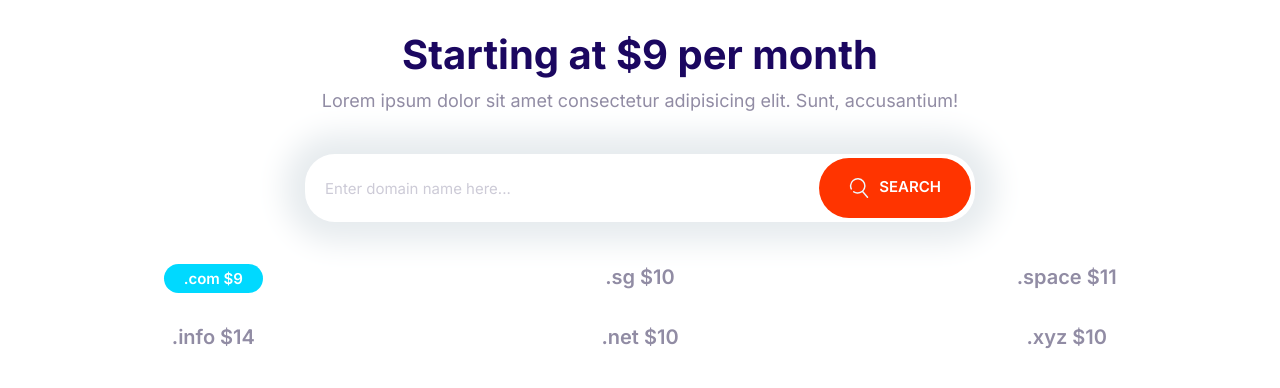
Repository: CJYen/moshify
Page: playground.html
These files come from the project's save history. The page is drawn as it stood at one moment and after the next save; the edit follows.
The browser window is 1280 px wide. The pictures show the whole page.

Above is the page before, as saved 2021-03-17 12:04:13.

### playground.html
<!DOCTYPE html>
<html lang="en">
  <head>
    <meta charset="UTF-8" />
    <meta http-equiv="X-UA-Compatible" content="IE=edge" />
    <meta name="viewport" content="width=device-width, initial-scale=1.0" />
    <title>Document</title>
    <link rel="preconnect" href="https://fonts.gstatic.com" />
    <link
      href="https://fonts.googleapis.com/css2?family=Inter:wght@400;600;700&display=swap"
      rel="stylesheet"
    />
    <link rel="stylesheet" href="css/normalize.css" />
    <link rel="stylesheet" href="css/styles.css" />
  </head>
  <body>
    <section class="domain block-domain">
      <header class="block__header">
        <h2>Starting at $9 per month</h2>
        <p>
          Lorem ipsum dolor sit amet consectetur adipisicing elit. Sunt,
          accusantium!
        </p>
        <div class="input-group box">
          <input
            type="text"
            class="input"
            placeholder="Enter domain name here..."
          />
          <button class="btn btn--accent">
            <svg class="icon icon--white">
              <use xlink:href="images/sprite.svg#search"></use></svg
            >Search
          </button>
        </div>
        <ul class="list block-domain__prices">
          <li>
            <span class="badge badge--secondary">.com $9 </span>
          </li>
          <li>.sg $10</li>
          <li>.space $11</li>
          <li>.info $14</li>
          <li>.net $10</li>
          <li>.xyz $10</li>
        </ul>
      </header>
    </section>
  </body>
</html>

### css/styles.css
/* Typography */
::selection {
    background: var(--color-primary);
    color: #fff;
}
:root {
    --color-primary: #2584ff;
    --color-secondary: #00d9ff;
    --color-accent: #ff3400;
    --color-headings: #1b0760;
    --color-body: #918ca4;
    --color-body-darker: #5c5577;
    --color-border: #ccc;
    --border-radius: 30px;
}
*, *::after, *::before {
    box-sizing: border-box;
}

html {
    font-size: 62.5%;
}

body {
    font-family: Inter, Arial, Helvetica, sans-serif;
    font-size: 2.4rem;
    line-height: 1.5;
    color: var(--color-body);
}
h1, h2, h3 {
    color: var(--color-headings);
    margin-bottom: 1rem;
    line-height: 1.1;
}
h1 {
    font-size: 7rem;
}
h2 {
    font-size: 4rem;
}
h3 {
    font-size: 3rem;
    font-weight: 500;
}
p {
    margin-top: 0;
}

@media screen and (min-width: 1024px){
    body{
        font-size: 1.8rem;
    }
    h1{
        font-size: 8rem;
    }
    h2{
        font-size: 4rem;
    }
    h3{
        font-size: 2.4rem;
    }
}

/* links */
a {
    text-decoration: none;
}

.link-arrow {
    color: var(--color-accent);
    text-transform: uppercase;
    font-size: 2rem;
    font-weight: bold;
}

.link-arrow::after {
    content:"-->";
    margin-left: 5px;
    transition: margin 0.15s;
}

.link-arrow:hover::after {
    margin-left: 10px;
}

@media screen and (min-width: 1024px){
    .link-arrow {
        font-size: 1.5rem;
    }
}

/* badge */
.badge {
    border-radius: 20px;
    font-size: 2rem;
    font-weight: 600;
    padding: 0.5rem 2rem;
    white-space: nowrap;
}
.badge--primary {
    background: var(--color-primary);
    color: white;
}
.badge--secondary {
    background: var(--color-secondary);
    color: white;
}
.badge--small {
    font-size: 1.6rem;
    padding: 0.5rem 1.5rem;
}

@media screen and (min-width: 1024px) {
    .badge {
        font-size: 1.5rem;
    }
    .badge--small {
        font-size: 1.2rem;
    }
}

/* list */
.list {
    list-style: none;
    padding-left: 0;

}
.list--inline .list__item {
    display: inline-block;
    margin-right: 2rem;
}
.list--tick {
    list-style-image: url(../images/tick.svg);
    padding-left: 3rem;
    color: var(--color-headings);
}
.list--tick .list__item {
    padding-left: 0.5rem;
    margin-bottom: 1rem;
}

@media screen and (min-width: 1024px) {
    .list--tick .list__item {
        padding-left: 0;
    }
}

/* icon */
.icon {
    width: 40px;
    height: 40px;
}
.icon--small {
    width: 30px;
    height: 30px;
}
.icon--primary {
    fill: var(--color-primary);
}
.icon--white {
    fill: white;
}
.icon-container {
    background: #f3f9fa;
    width: 64px;
    height: 64px;
    border-radius: 100%;
    display: inline-flex;
    justify-content: center;
    align-items: center;
}
.icon-container--accent {
    background: var(--color-accent);
}

/* button */
.btn {
    border-radius: 40px;
    border: 0;
    cursor: pointer;
    font-size: 1.8rem;
    font-weight: 600;
    margin: 1rem 0;
    /* outline: 0; */
    padding: 2rem 3rem;
    text-align: center;
    text-transform: uppercase;
    white-space: nowrap;
}
.btn .icon {
    width: 2rem;
    height: 2rem;
    margin-right: 1rem;
    vertical-align: middle;
}
.btn--primary {
    background: var(--color-primary);
    color: #fff;
}
.btn--primary:hover {
    background: #3a8ffd;
}

.btn--secondary {
    background: var(--color-secondary);
    color: #fff;
}
.btn--secondary:hover {
    background: #00c8eb;
}
.btn--accent {
    background: var(--color-accent);
    color: #fff;
}
.btn--accent:hover {
    background: #ec3000;
}
.btn--outline {
    background: #fff;
    color: var(--color-headings);
    border: 2px solid var(--color-headings);
}
.btn--stretched {
    padding-left: 6rem;
    padding-right: 6rem;
}
.btn--block {
    width: 100%;
    display: inline-block;
}
@media screen and (min-width: 1024px) {
    .btn {
        font-size: 1.5rem;
    }
}

input
.input {
    border-radius: var(--border-radius);
    border: 1px solid var(--color-border);
    color: var(--color-headings);
    font-size: 2rem;
    outline: 0;
    padding: 1.5rem 3.5rem;
}
::placeholder {
    color: #cdcbd7;
}
.input-group {
    border: 1px solid var(--color-border);
    border-radius: var(--border-radius);
    display: flex;
}
.input-group .input {
    background-color: transparent;
    border: 0;
    flex-grow: 1;
    outline: 0;
    padding: 2rem;
    width: 0;
}
.input-group .btn {
    margin: 4px;
}

@media screen and (min-width: 1024px) {
    .input {
        font-size: 1.5rem;
    }
}

/* Cards */
.card {
    border-radius: 7px;
    box-shadow: 0 0 20px 10px #f3f3f3;
    overflow: hidden;
}

.card__header,
.card__body {
    padding:  2rem 3rem;
}
.card--primary .card__header {
    background-color: var(--color-primary);
    color: #fff;
}
.card--secondary .card__header {
    background-color: var(--color-secondary);
    color: #fff;
}
.card--primary .badge--primary {
    background: #126de4;
}
.card--secondary .badge--secondary  {
    background: #02cdf1;
}

/* plan */
.plan {
    transition: transform .2s ease-out;
}
.plan__name {
    color: #fff;
    margin: 0;
    font-weight: 500;
    font-size: 2.4rem;
}
.plan__price {
    font-size: 6rem;
}
.plan__billing-cycle {
    font-size: 2.4rem;
    font-weight: 300;
    opacity: 0.8;
    margin-right: 1rem;
}
.plan__description  {
    font-size: 2rem;
    font-weight: 300;
    letter-spacing: 1px;
    display: block;
}
.plan .list__item   {
    margin: 2rem;
}
.plan--popular {
    transform: scale(1.1);
}
.plan--popular .card__header {
    position: relative;
}
.plan--popular .card__header::before {
    content: url(../images/popular.svg);
    width: 40px;
    display: inline-block;
    position: absolute;
    top: -6px;
    right: 5%;
}
.plan:hover {
    transform: scale(1.05);
}
.plan--popular:hover {
    transform: scale(1.15);
}

@media screen and (min-width: 1024px) {
    .plan__name {
        font-size: 1.4rem;
    }
    .plan__price {
        font-size: 5rem;
    }
    .plan__billing-cycle {
        font-size: 1.6rem;
    }
    .plan__description {
        font-size: 1.7rem;
    }
}

/* media  */
/* We will not modified the bg color for font size at this point
 since we don't know yet what if there is some other color option */
.media {
    display: flex;
    margin-bottom: 4rem;
}
.media__title {
    margin: 0;
}
.media__body {
    margin: 0 2rem;
}
.media__image {
    margin-top: 1rem;
}

/* quote */
.quote {
    font-size: 3rem;
    font-style: italic;
    color: var(--color-body-darker);
    line-height: 1.3;
}
.quote__text::before {
    content: open-quote;
}
.quote__text::after {
    content: close-quote;
}
.quote__author{
    font-size: 3rem;
    font-weight: 500;
    font-style: normal;
    margin-bottom: 0;
}
.quote__organization {
    color: var(--color-headings);
    opacity: 0.4;
    font-size: 2rem;
    font-style: normal;
}
.quote__line {
    position: relative;
    bottom: 10px;
}

@media screen and (min-width: 1024px) {
    .quote {
        font-size: 2rem;
    }
    .quote__author {
        font-size: 2.4rem;
    }
    .quote__organization {
        font-size: 1.6rem;
    }
}

/* Grid */
.grid {
    display: grid;
}

@media screen and (min-width: 768px) {
    .grid--1X2 {
        grid-template-columns: repeat(2, 1fr);
    }
}
@media screen and (min-width: 1024px) {
    .grid--1X3 {
        grid-template-columns: repeat(3, 1fr);
    }
}

/* Testimonials */
.testimonial {
    padding: 3rem;
}
.testimonial__image {
    position: relative;
    margin: 0 3rem;
  }
.testimonial__image > img {
    width: 100%;
}
.testimonial__image > .icon-container {
    position: absolute;
    top: 3rem;
    right: -32px;
}
@media screen and (min-width: 768px) {
    .testimonial__image {
        margin: 0;
      }

    .testimonial .quote,
    .testimonial .quote__author {
        font-size: 2.4rem;
    }
    .testimonial.quote {
        margin-left: 6rem;
        /* margin-right: 0; */
    }

}

/* Callouts */
.callout {
    padding: 4rem;
    border-radius: 5px;
}
.callout--primary {
    background: var(--color-primary);
    color: #fff;
}
.callout__heading {
    color: #fff;
    margin-top: 0;
    font-size: 3rem;
}
.callout .btn {
    justify-self: center;
    align-self: center;
}
.callout__content {
    text-align: center;
}

@media screen and (min-width: 768px) {
    .callout .grid--1X2 {
        grid-template-columns: 1fr auto;
    }
    .callout__content {
        text-align: left;
    }
    .callout .btn {
        justify-self: start;
        margin: 0 2rem;
    }
}

/* Collapsible */
.collapsible__header {
    display: flex;
    justify-content: space-between;
}

.collapsible__heading {
    margin: 0;
    font-size: 3rem;
}
.collapsible__chevron {
    transform: rotate(-90deg);
    transition: 0.3s;
}
.collapsible__content {
    max-height: 0;
    overflow: hidden;
    opacity: 0;
    transition: all 0.3s;
}
.collapsible--extended .collapsible__chevron {
    transform: rotate(0);
}
.collapsible--extended  .collapsible__content {
    max-height: 100vh;
    opacity: 1;
}

/* Blocks */
.block {
    --padding-vertical: 6rem;
    padding: var(--padding-vertical) 2rem;
}
.block__header {
    text-align: center;
    margin-bottom: 4rem;
}
.block__heading {
    margin-top: 0;
}
.block--dark {
    background: #000;
    color: #7b858b;
}
.block--dark h1,
.block--dark h2,
.block--dark h3 {
    color: #fff;
}
.block--skewed-right {
    padding-bottom: calc(var(--padding-vertical) + 4rem);
    clip-path: polygon(0 0, 100% 0, 100% 100%, 0 90%);
}
.block--skewed-left {
    padding-bottom: calc(var(--padding-vertical) + 4rem);
    clip-path: polygon(0 0, 100% 0, 100% 90%, 0 100%);
}
.container {
    max-width: 1140px;
    margin: 0 auto;
}

/* Navigation Bar */
.nav {
    background: #000;
    display: flex;
    justify-content: space-between;
    flex-wrap: wrap;
    padding: 0 1rem;
    align-items: center;
}
.nav__list {
    width: 100%;
    margin: 0;
}
.nav__item {
    padding: 0.5rem 2rem;
    border-bottom: 1px solid #222;
}
.nav__item > a {
    color: #d2d0db;
    transition: color 0.3s;
}
.nav__item > a:hover {
    color: #fff;
}
.nav__toggler {
    opacity: 0.5;
    transition: box-shadow 0.5s;
    cursor: pointer;
}

.nav.collapsible--extended .nav__toggler {
    opacity: 1;
    box-shadow: 0 0 0 3px #666;
    border-radius: 5px;
}
.nav__brand {
    transform: translateY(5px);
}

@media screen and (min-width: 768px) {
    .nav__toggler {
        display: none;
    }
    .nav__list {
        width: auto;
        display: flex;
        font-size: 1.6rem;
        max-height: 100%;
        opacity: 1;
    }
    .nav__item {
        border: 0;
    }
}

/* Hero */

.hero__tagline {
    font-size: 2rem;
    color: #b9c3cf;
    letter-spacing: 1px;
    margin: 2rem 0 5rem;
}
.hero__image {
    width: 100%;
}

@media screen and (min-width: 768px) {
    .hero {
        padding-top: 0;
    }
    .hero__content {
        text-align: left;
        align-self: center;
    }
}

/* Domain Block */
.block-domain .input-group {
    box-shadow: 0 0 30px 20px #e6ebee;
    border: 0;
    margin: 4rem auto;
    max-width: 670px;
}

.block-domain__prices {
    display: grid;
    grid-template-columns: repeat(3, 1fr);
    grid-template-rows: repeat(2, 6rem);
    font-size: 2rem;
    font-weight: 600;
    justify-items: center;
}
@media screen and (min-width: 768px) {
    .block-domain__prices {
        grid-template-columns: repeat(auto-fit, minimax(100px, 1fr));
    }
}

.plan__block {
    display: grid;
}

/* Plans Block */
.block-plans .grid {
    gap: 8rem 4rem;
}

.block-plans .card {
    max-width: 500px;
    margin: 0 auto;
}

/* Features */
.feature {
    gap: 4rem 2rem;
    margin: 12rem 0;
}
.feature:first-of-type {
    margin: 6rem;
}
.feature__heading {
    margin: 1rem 0;
}
.feature__image {
    width: 100%;
}

@media screen and (min-width: 768px) {
    .feature:nth-of-type(even) .feature__content {
        order: 2;
    }
}

/* Showcase Block */
.block-showcase__image >img {
    width: 100%;
}

@media screen and (min-width: 768px) {
    .block-showcase .grid {
        grid-template-columns: 50% 50%;
    }
    .block-showcase__image {
        justify-self: end;
    }
    .block-showcase__image > img {
        width: auto;
        max-width: 700px;
    }
}

/* Footer */
.footer {
    background: #232323;
}
.footer a {
    color: #777;
    transition: color 0.3s;
}
.footer a:hover {
    color: #fff;
}
.footer__section {
    padding: 2rem;
    border-bottom: 1px solid #393939;
}
.footer__section .list {
    margin: 0;
}
.footer__heading {
    text-transform: uppercase;
    font-weight: 600;
}
.footer__brand {
    margin-top: 5rem;
    text-align: center;
}
.footer__brand img {
    /* TODO: consider refactor this and
    applying to all images */
    width: 100%;
    max-height: 230px;
}
.footer__copyright {
    font-size: 2.1rem;
    color: #fff;
    opacity: .3;
}

@media screen and (min-width:768px) {
    .footer__sections {
        grid-template-columns: repeat(auto-fit, minmax(10rem, 1fr));
    }
    .footer .collapsible__chevron {
        display: none;
    }
    .footer .collapsible__content {
        opacity: 1;
        max-height: 100%;
        font-size: 1.6rem;
    }
    .footer__brand {
        order: -1;
        margin-top: 1rem;
    }
    .footer__copyright {
        font-size: 1.5rem;
    }
    .footer__section {
        border: 0;
    }
    .footer__heading {
        font-size: 1.6rem;
    }
}

Loaded but not shown: css/normalize.css (library)

After the next save:
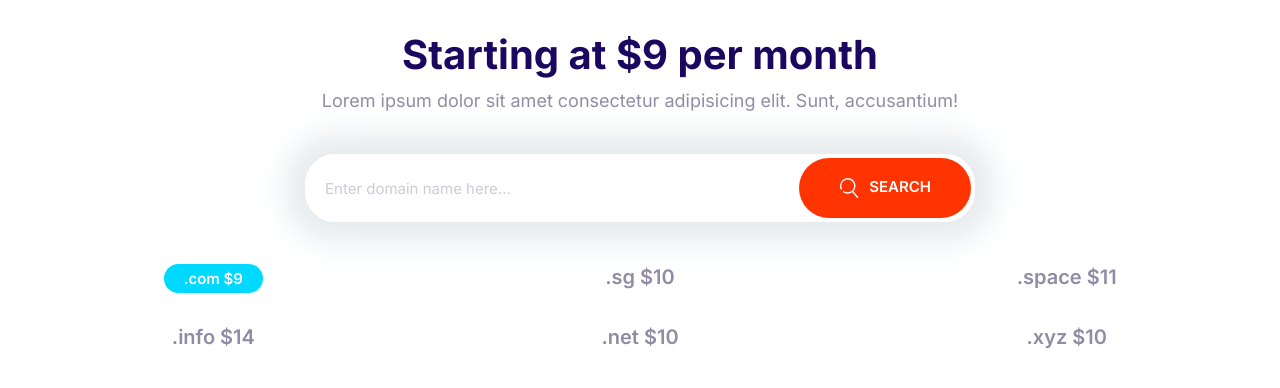
Saved 53 s later.
--- a/css/styles.css
+++ b/css/styles.css
@@ -182,7 +182,7 @@ a {
     font-weight: 600;
     margin: 1rem 0;
     /* outline: 0; */
-    padding: 2rem 3rem;
+    padding: 2rem 4rem;
     text-align: center;
     text-transform: uppercase;
     white-space: nowrap;
